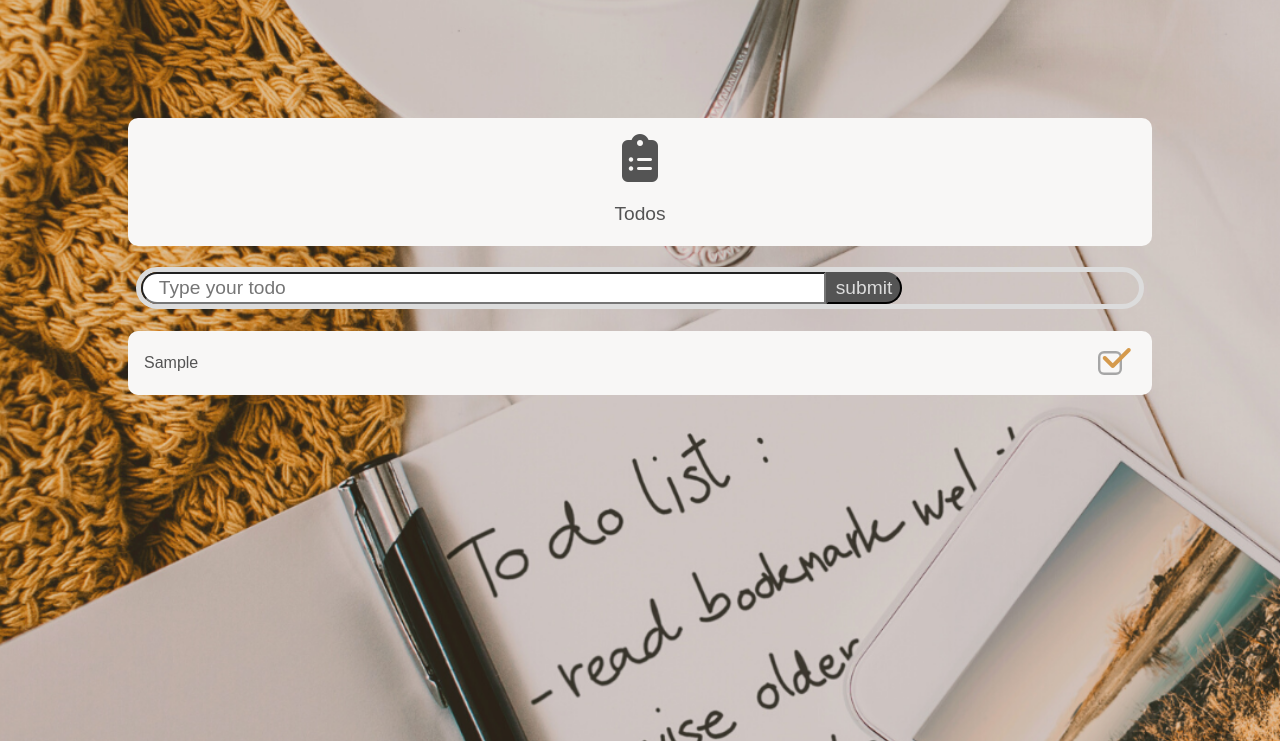
Repository: ShindanoSingi/My-Channel-Videos
Page: index.html
An editor plug-in stored every save of this project. The page is shown before and after the next save, followed by the edit.
The browser window is 1280 px wide. The pictures show the whole page.
Empty fields were first filled with sample values (such as "Sample", 5 or name@example.com).
After loading, the first visible `#submit-button` was clicked once.
Some web libraries are served in a nearby version.

Above is the page before, as saved 2023-07-18 23:01:21.

### index.html
<!DOCTYPE html>
<html lang="en">
<head>
    <meta charset="UTF-8">
    <meta name="viewport" content="width=device-width, initial-scale=1.0">
    <link rel="stylesheet" href="https://cdnjs.cloudflare.com/ajax/libs/font-awesome/6.2.0/css/all.min.css" integrity="sha512-xh6O/CkQoPOWDdYTDqeRdPCVd1SpvCA9XXcUnZS2FmJNp1coAFzvtCN9BmamE+4aHK8yyUHUSCcJHgXloTyT2A==" crossorigin="anonymous" referrerpolicy="no-referrer" />
    <link rel="stylesheet" href="https://use.fontawesome.com/releases/v5.12.1/css/all.css" crossorigin="anonymous">
    <Link rel="stylesheet" href="style.css">
    <title>Todo App</title>
</head>
<body>
    <div class="container">
        <div class="top-div">
            <i class="todo-icon fa-solid fa-clipboard-list"></i>
            <span>Todos</span>
        </div>

        <div class="input-button-container">
            <input class="input-field" id="input-field" type="text" placeholder="Type your todo">
            <input type="submit" value="submit" class="submit-button" id="submit-button">
        </div>
        <div class="div-checkbox-containers-parent" id="div-checkbox-containers-parent">
            </div>
        </div>
    </div>
    <script src="index.js"></script>
</body>
</html>

### style.css
:root{
    --gray-color: #545454;
    --background-color: #F8F7F6;
    --general-font: 1.2rem;
    --light-blue:#1E90FF;
    --light-gray:#DCDCDC;
    --border-radius: 10px;
    --input-border-radius: 50px;
    --padding-x: 0.5rem;
    --padding-y: 0.2rem;
    --screen: 100vw;
    --orange: #D59A4C;
    --gray: #A6A6A6;
}

body{
    color: var(--gray-color);
    font-family: 'Montserrat', sans-serif;
    font-size: var(--general-font);
    background-image: url(images/Background.png);
    background-size: cover;
    background-repeat: no-repeat;
    background-position: center;
    width: fit-content;
    box-sizing: 0;
    margin: 0;
    padding: 0;
}

.todo-icon{
    font-size: 3rem;
}

.top-div{
    width: 80%;
    background: var(--background-color);
    display: grid;
    justify-items: center;
    height: 6rem;
    gap: 1rem;
    border-radius: var(--border-radius);
    padding: 1rem 0;
    margin-bottom: 1.3rem;
    margin-top: -17rem;
}

/* Input field */
input, .submit-button{
    font-size: var(--general-font);
}

.input-field{
    width: 65%;
    display: inline-block;
    border-radius: var(--input-border-radius) 0 0 var(--input-border-radius);
    padding: 0.2rem 1rem;
}

input:focus{
    outline: none;
    background-color: var(--light-gray);
}

.submit-button{
    color: var(--light-gray);
    padding: 0 0.4rem;
    display: inline-block;
    background-color: var(--gray-color);

    color: var(--light-gray);
    border-radius: 0 var(--input-border-radius) var(--input-border-radius) 0;
    padding: var(--padding-y) var(--padding-x);
}

.submit-button:hover{
    background-color: var(--orange);
}

.input-button-container{
    width: 78%;
    display: flex;
    align-items: center;
    border: 5px solid var(--light-gray);
    border-radius: var(--input-border-radius) var(--input-border-radius);
    margin-top: 2rem;
    margin: 0 auto;
    margin-bottom: 1.3rem;
    /* display: none; */
}

div.text{
    font-size: 1rem;
    width: 70%;
    overflow: scroll;
    padding: 1rem;
}

.checkbox{
    height: 1rem;
    width: 1rem;
    border: 2px solid var(--gray);
    border-radius: 5px;
    transform: scale(1.2);
}

.check-mark{
    font-size: 2rem;
    transform: scale(1.6);
    color: var(--orange);
    transform: translate(-1.2rem, -0.3rem);
}

.checkbox-icon{
    display: flex;
    align-items: center;
}

.div-checkbox-container{
    width: 100%;
    height: 4rem;
    display: flex;
    justify-content: space-between;
    align-items: center;
    background-color: var(--background-color);
    border-radius: var(--border-radius);
}

.div-checkbox-containers-parent{
    display: flex;
    flex-direction: column;
    align-items: center;
    gap: 1.5rem;
    padding: 0 2rem;
    width: 80%;
    max-height: 55vh;
    overflow-y: scroll;
    position: absolute;
    top: 46%;
}

.container{
    height: 100vh;
    width: 100vw;
    display: flex;
    flex-direction: column;
    align-items: center;
    justify-content: center;
    padding-bottom: 1.3rem;
}

### index.js
let button = document.getElementById("submit-button");
button.addEventListener("click", function () {

    let newDiv1 = document.getElementById("div-checkbox-containers-parent");

    let inputValue = document.getElementById("input-field");

    let newDiv2 = document.createElement("div");
    newDiv2.setAttribute('class', "div-checkbox-container");
    newDiv2.setAttribute("id", "div-checkbox-container");

    let newDiv3 = document.createElement("div");
    newDiv3.setAttribute("class", "text");
    newDiv3.setAttribute("id", "text");
    newDiv3.textContent = inputValue.value;

    let newDiv4 = document.createElement("div");
    newDiv4.setAttribute("class", "checkbox-icon");
    newDiv4.setAttribute("id", "checkbox-icon");

    let input = document.createElement("div");
    input.setAttribute("class", "checkbox");
    input.setAttribute("id", "checkbox");

    let i = document.createElement("i");
    i.setAttribute("class", 'check-mark fa-solid fa-check');
    i.setAttribute('id','check-mark');

    newDiv4.appendChild(input);
    newDiv4.appendChild(i);

    newDiv2.appendChild(newDiv3);
    newDiv2.appendChild(newDiv4);

    console.log(newDiv1)
    if (!inputValue.value) {
        alert("Please enter the text!")
        return
    }

    newDiv1.appendChild(newDiv2);

    newDiv1.scrollTop = newDiv1.scrollHeight;

    inputValue.value = ''
});

// const showCheckMark = () => {
//     let checkMark = document.getElementById('check-mark');
//     checkMark.style.zIndex = 1;
//     console.log("Lol")
// }

// let checkBoxIcon = document.getElementById('checkbox-icon');
// checkBoxIcon.addEventListener('click', (event) => {
//     showCheckMark()
// })

After the next save:
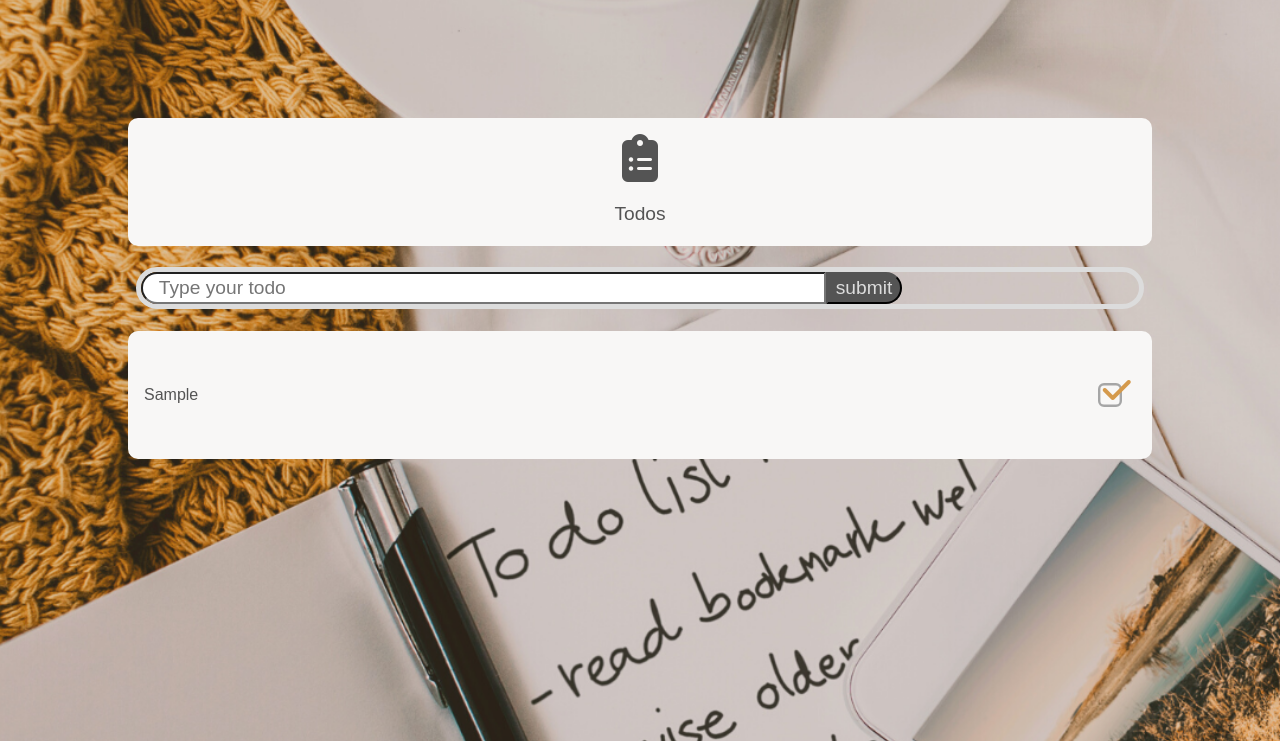
Saved 8 s later.
--- a/style.css
+++ b/style.css
@@ -117,7 +117,7 @@ div.text{
 
 .div-checkbox-container{
     width: 100%;
-    height: 4rem;
+    height: 8rem;
     display: flex;
     justify-content: space-between;
     align-items: center;
